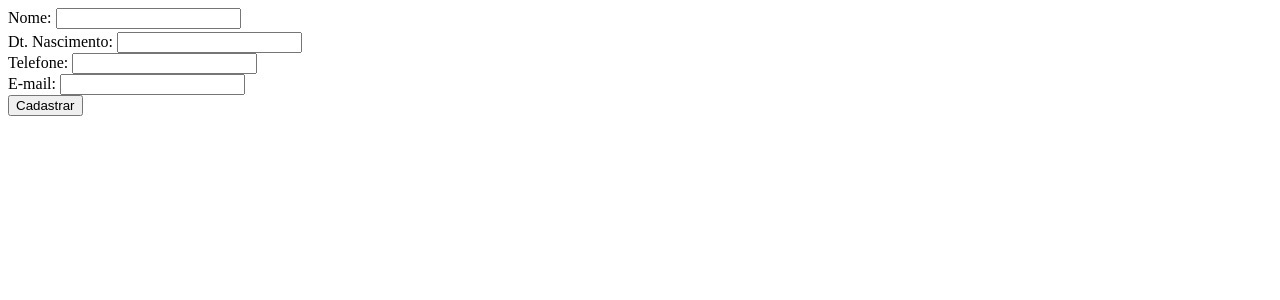
Repository: edwardcarvalho/PI-Agenda-WEB
Page: AgendaWeb/WebContent/index.html
The author's editor kept a copy of each file at every save. The page is drawn from the files as they stood at one save, then again after the next save.
The browser window is 1280 px wide. The pictures show the whole page.

Above is the page before, as saved 2016-10-19 23:39:52.

After the next save:
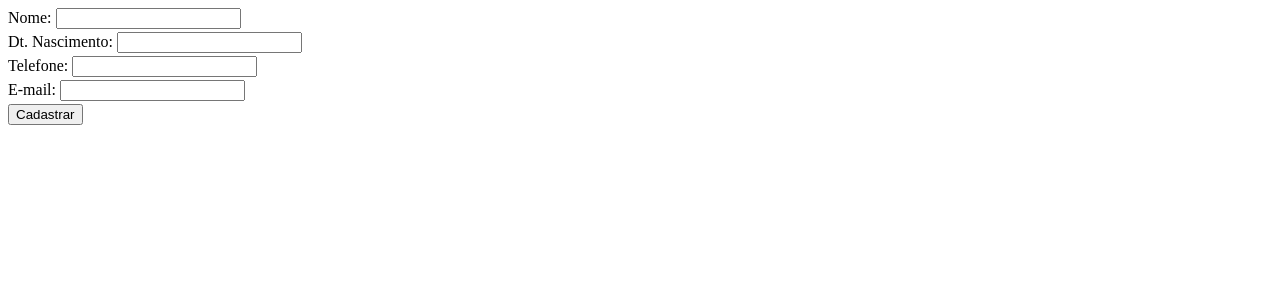
Saved 21 s later.
--- a/AgendaWeb/WebContent/index.html
+++ b/AgendaWeb/WebContent/index.html
@@ -8,10 +8,10 @@
 
 	<form action="Cadastrar" method="post" id=formCadastro>
 		Nome: <input type="text" name="nome" style="margin-bottom: 3px"></br>
-		Dt. Nascimento: <input type="text" name="dataNascimento"></br>
-		Telefone: <input type="text" name="telefone"></br>
-		E-mail: <input type="text" name="email"></br>
-		<input type="submit" value=Cadastrar></br>
+		Dt. Nascimento: <input type="text" name="dataNascimento" style="margin-bottom: 3px"></br>
+		Telefone: <input type="text" name="telefone" style="margin-bottom: 3px"></br>
+		E-mail: <input type="text" name="email" style="margin-bottom: 3px"></br>
+		<input type="submit" value=Cadastrar style="margin-bottom: 3px"></br>
 	</form>
 </body>
 </html>
